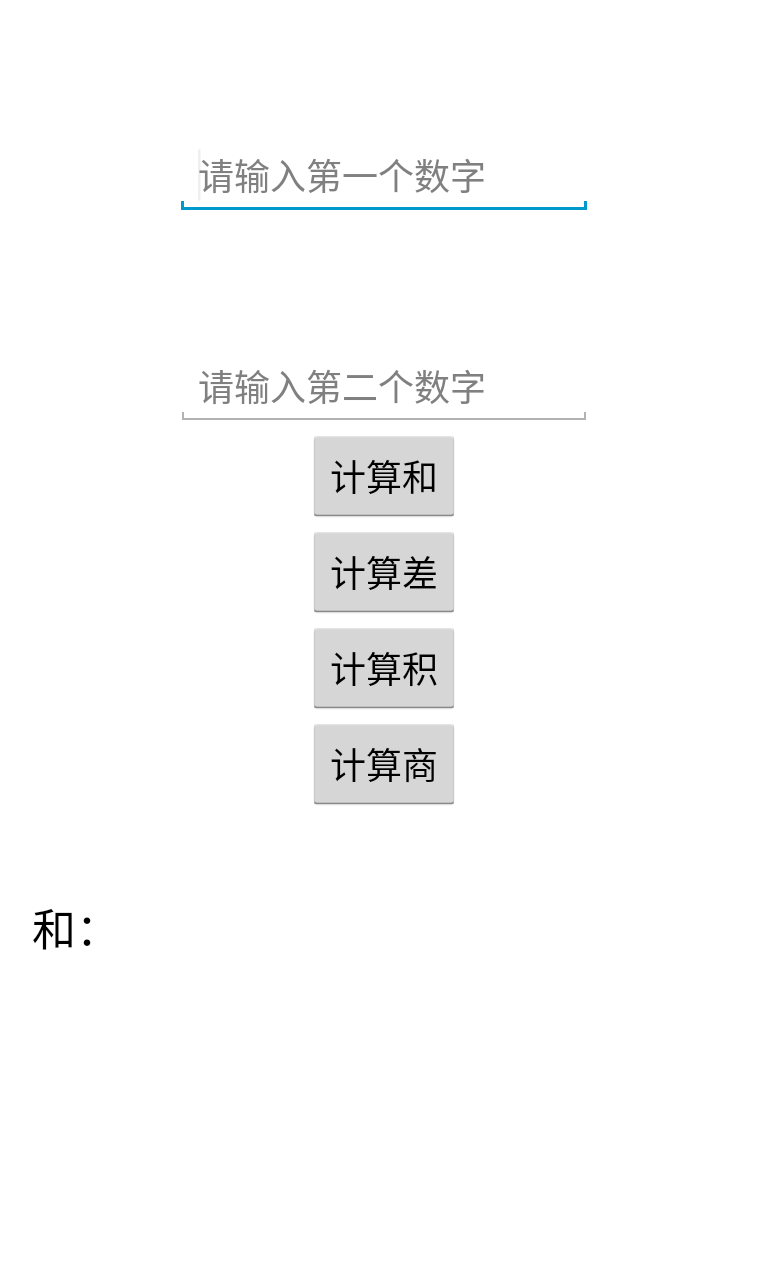
Repository: KungW/windows_learn_java_track
Layout: Caculator/res/layout/activity_main.xml
The author's editor kept a copy of each file at every save. The layout is drawn from the files as they stood at one save, then again after the next save.
It is drawn on a 768 x 1280 px phone screen (xhdpi) without system bars, with theme AppTheme; the app's code is not run.

Above is the layout before, as saved 2016-10-14 07:31:13.

### Caculator/res/layout/activity_main.xml
<RelativeLayout xmlns:android="http://schemas.android.com/apk/res/android"
    xmlns:tools="http://schemas.android.com/tools"
    android:layout_width="match_parent"
    android:layout_height="wrap_content"
    android:paddingBottom="@dimen/activity_vertical_margin"
    android:paddingLeft="@dimen/activity_horizontal_margin"
    android:paddingRight="@dimen/activity_horizontal_margin"
    android:paddingTop="@dimen/activity_vertical_margin"
    tools:context=".MainActivity" >

    <EditText
        android:id="@+id/editText2"
        android:layout_width="wrap_content"
        android:layout_height="wrap_content"
        android:layout_alignLeft="@+id/editText1"
        android:layout_below="@+id/editText1"
        android:layout_marginTop="64dp"
        android:hint="请输入第二个数字"
        android:ems="10" />

    <Button
        android:id="@+id/button1"
        android:layout_width="wrap_content"
        android:layout_height="wrap_content"
        android:layout_below="@+id/editText2"
        android:layout_centerHorizontal="true"
        android:text="计算和" />
    <Button
        android:id="@+id/button2"
        android:layout_width="wrap_content"
        android:layout_height="wrap_content"
        android:layout_below="@id/button1"
        android:layout_centerHorizontal="true"
        android:text="计算差" />
    <Button
        android:id="@+id/button3"
        android:layout_width="wrap_content"
        android:layout_height="wrap_content"
        android:layout_below="@id/button2"
        android:layout_centerHorizontal="true"
        android:text="计算积" />
    <Button
        android:id="@+id/button4"
        android:layout_width="wrap_content"
        android:layout_height="wrap_content"
        android:layout_below="@id/button3"
        android:layout_centerHorizontal="true"
        android:text="计算商" />

    <TextView
        android:id="@+id/textView1"
        android:layout_width="wrap_content"
        android:layout_height="wrap_content"
        android:layout_alignParentLeft="true"
        android:layout_alignParentRight="true"
        android:layout_below="@+id/button4"
        android:layout_marginTop="41dp"
        android:text="和："
        android:textAppearance="?android:attr/textAppearanceLarge" />

    <EditText
        android:id="@+id/editText1"
        android:layout_width="wrap_content"
        android:layout_height="wrap_content"
        android:layout_alignParentTop="true"
        android:layout_centerHorizontal="true"
        android:layout_marginTop="51dp"
        android:ems="10"
        android:hint="请输入第一个数字" >

        <requestFocus />
    </EditText>

</RelativeLayout>

Loaded but not shown: Caculator/res/values/styles.xml (common file); Caculator/res/values-v11/styles.xml (common file); Caculator/res/values-v14/styles.xml (common file); Caculator/res/values/dimens.xml (common file)

After the next save:
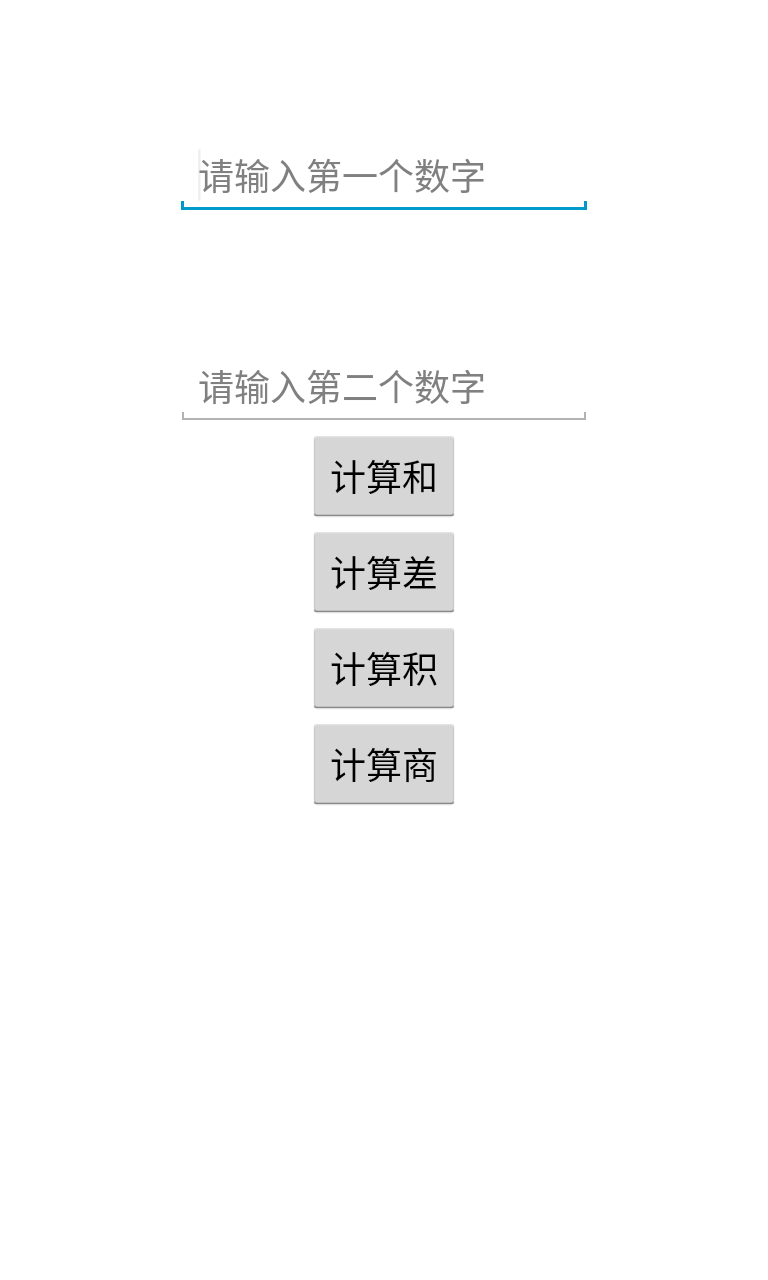
Saved 24 s later.
--- a/Caculator/res/layout/activity_main.xml
+++ b/Caculator/res/layout/activity_main.xml
@@ -55,7 +55,6 @@
         android:layout_alignParentRight="true"
         android:layout_below="@+id/button4"
         android:layout_marginTop="41dp"
-        android:text="和："
         android:textAppearance="?android:attr/textAppearanceLarge" />
 
     <EditText
